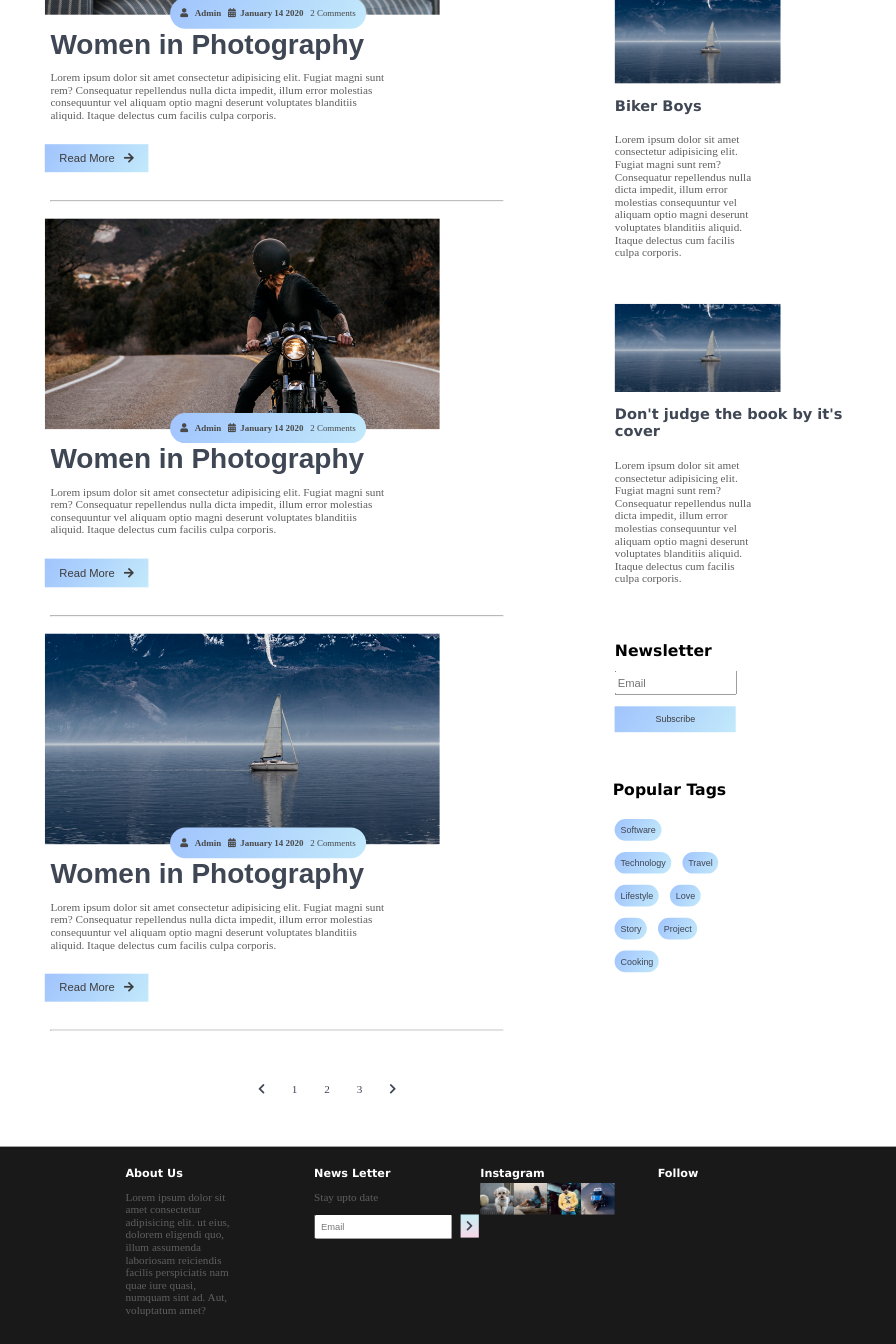
Repository: premjawaharp/Blogsite
Page: index.html
The author's editor kept a copy of each file at every save. The page is drawn from the files as they stood at one save, then again after the next save.
The browser window is 1280 px wide. The pictures show the part of the page from y = 2170 to 4090 px (the page is 4090 px tall), at 70% of full size.

Above is the page before, as saved 2020-09-18 16:48:47.

After the next save:
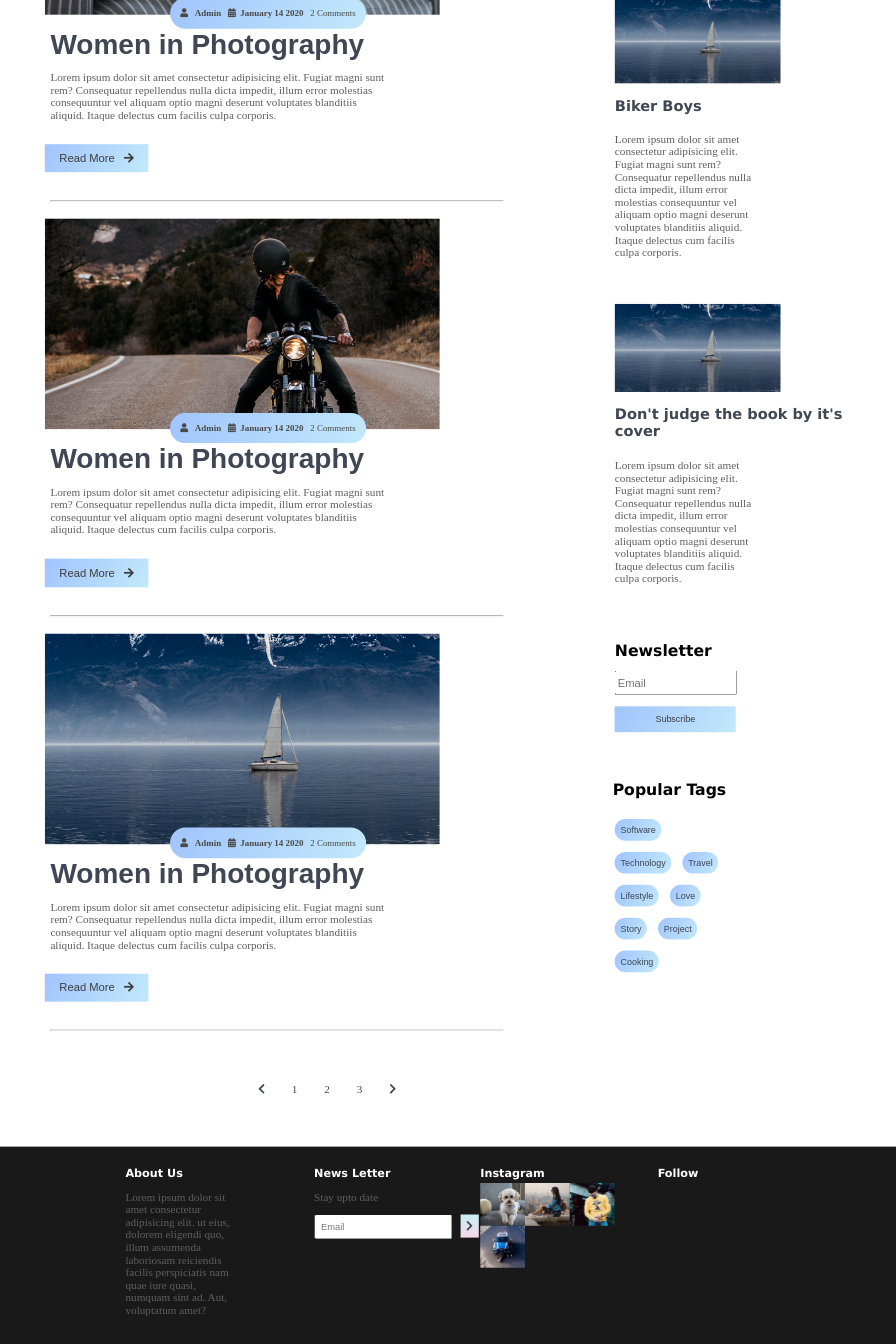
Saved 4 s later.
--- a/css/style.css
+++ b/css/style.css
@@ -501,7 +501,7 @@ main .news-letter .news-form .new-form-btn {
 .instagram .insta-images img{
     display: flex;
     flex-direction: row;
-    max-width: 3rem;
+    max-width: 4rem;
 
 }
 /* --x-- footer --x-- */
